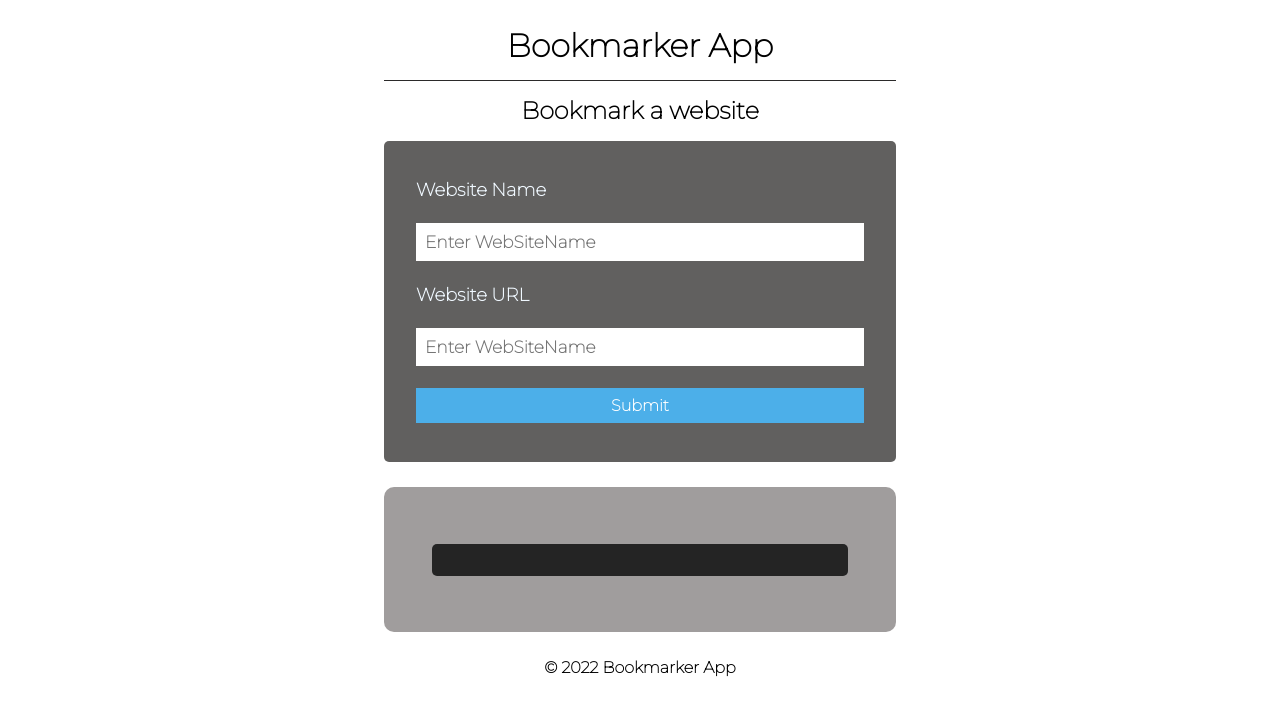
Repository: Suporl9/BookMarkerApp
Page: index.html
An editor plug-in stored every save of this project. The page is shown before and after the next save, followed by the edit.
The browser window is 1280 px wide. The pictures show the whole page.

Above is the page before, as saved 2021-11-23 21:58:29.
Console error: TypeError: Cannot set properties of null (setting 'innerHTML')

### index.html
<!DOCTYPE html>
<html lang="en">
  <head>
    <meta charset="UTF-8" />
    <meta http-equiv="X-UA-Compatible" content="IE=edge" />
    <meta name="viewport" content="width=device-width, initial-scale=1.0" />
    <link rel="stylesheet" href="./style.css" />
    <title>Document</title>
  </head>
  <body onload="fetchBookMarkData()">
    <div class="container">
      <div class="innerContainer">
        <div class="ininContainer">
          <div class="bookmarkerSection"><h1>Bookmarker App</h1></div>
          <!-- <h1>Bookmarker App</h1> -->
          <div class="vh"></div>
          <div class="formInput">
            <form class="formSec">
              <h2 class="h2class">Bookmark a website</h2>
              <div class="sitesec">
                <label class="labc" name="siteName">Website Name</label>
                <input
                  type="text"
                  name="sitename"
                  id="sitenameid"
                  placeholder="Enter WebSiteName"
                  class="inpClass"
                />
                <label class="labc" name="siteName">Website URL</label>
                <input
                  type="text"
                  name="sitename"
                  id="urlid"
                  class="inpClass"
                  placeholder="Enter WebSiteName"
                />
                <button class="submBtn">Submit</button>
              </div>
            </form>
          </div>
          <div class="toBeAdded">
            <div class="nonesensediv"></div>
          </div>
          <footer class="footer">
            <p>&copy; 2022 Bookmarker App</p>
          </footer>
        </div>
      </div>
    </div>
    <script src="main.js"></script>
  </body>
</html>

### style.css
@import url("https://fonts.googleapis.com/css2?family=Montserrat:wght@100&display=swap");

:root {
  --main-bg-color: rgb(255, 255, 255);
  --main-grey: rgb(97, 96, 95);
}
* {
  font-family: "Montserrat", sans-serif;
  box-sizing: border-box; /* includes padding in height and width(the box outside doesnot get bigger when adding padding and stuff)*/
  margin: 0;
  padding: 0;
  font-weight: bold;
  border: none;
}
body {
  width: 80%;
  margin: auto;
}
.container {
  font-family: "Montserrat", sans-serif;

  display: flex;
  justify-content: center;
}
.innerContainer {
  /* display: flex;
  flex-direction: column; */
  width: 50%;
  margin: auto;
  /* justify-content: center;
  align-self: center; */
}
.ininContainer {
  display: flex;
  flex-direction: column;
  margin-top: 5%;
  /* align-content: center; */
  /* justify-content: center; */
}
.bookmarkerSection {
  display: flex;
  justify-content: center;
}
.vh {
  border-bottom: 1px solid rgb(43, 42, 42);
  margin-top: 3%;
}
/* .formInput {
  display: flex;
  flex-direction: column;
  justify-content: center;
} */
.h2class {
  align-self: center;
  margin-bottom: 3%;
}
.formSec {
  display: flex;
  flex-direction: column;
  margin-top: 3%;
  /* justify-content: end; */
  /* width: 0%; */
  /* align-content: center; */
}
.sitesec {
  display: flex;
  flex-direction: column;
  background-color: var(--main-grey);
  padding: 1rem 2rem;
  /* padding-bottom: 2rem; */
  border-radius: 5px;
  color: aliceblue;
}
.submBtn {
  margin-top: 5%;
  margin-bottom: 5%;
  padding: 0.5rem;
  color: rgb(255, 255, 255);
  /* font-size: 14px; */
  font-size: 16px;
  font-weight: 900;
  background-color: rgb(76, 175, 233);
}
.inpClass {
  margin-top: 5%;
  padding: 2%;
  outline: none;
  font-size: 17px;
}
.labc {
  margin-top: 5%;
  font-size: 18px;
}
.footer {
  margin-top: 5%;
  align-self: center;
}
/* .formSec,
.sitesec {
  display: flex;
  flex-direction: column;
} */
/* .sitesec {
  display: flex;
  flex-direction: column;
}
 */
.toBeAdded {
  background-color: rgb(160, 157, 157);
  border-radius: 10px;
  padding: 3rem;
  margin-top: 5%;
}
.nonesensediv {
  background-color: rgb(36, 36, 36);
  margin: 2% 0;
  border-radius: 5px;
  padding: 1rem;
  color: aliceblue;
  display: flex;
  flex-direction: column;
  /* justify-content: center; */
  align-items: center;
}
.pip {
  margin-bottom: 5%;
}

### main.js
//// @ts-check

let button = document.querySelector(".formSec");
button.addEventListener("submit", eventFunctionSubmit);
let sitename = document.getElementById("sitenameid");
let url = document.getElementById("urlid");

let hello = localStorage.getItem("data");
let retrivedData = JSON.parse(hello);
console.log("retrieved", retrivedData);

let arrayForData = [];
if (hello != null) {
  retrivedData.forEach((element) => {
    arrayForData.push(element);
  });
} else {
  arrayForData = [];
}

console.log("arrayfordata", arrayForData);

function eventFunctionSubmit(e) {
  e.preventDefault();

  console.log("it works?");
  let site = { sitenamekey: sitename.value, urlkey: url.value };
  arrayForData.push(site);

  localStorage.setItem("data", JSON.stringify(arrayForData));
}

console.log("hello", JSON.parse(hello));

// let toBeRenderedArrayList = [];
// let listt = document.getElementById("ullist");

// arrayForData.forEach((arr) => {
//   toBeRenderedArrayList.push(
//     "<div class=nonesensediv>" +
//       "<p class=pip>" +
//       arr.sitenamekey +
//       "</p>" +
//       "<h4>" +
//       arr.urlkey +
//       "</h4>" +
//       "</div>"
//   );
// });
// listt.innerHTML = toBeRenderedArrayList.join(" ");
function fetchBookMarkData() {
  let fetchedBookmarks = JSON.parse(localStorage.getItem("data"));
  let nonesensediv = document.getElementById("nonesensediv");

  nonesensediv.innerHTML = "hello";
}

After the next save:
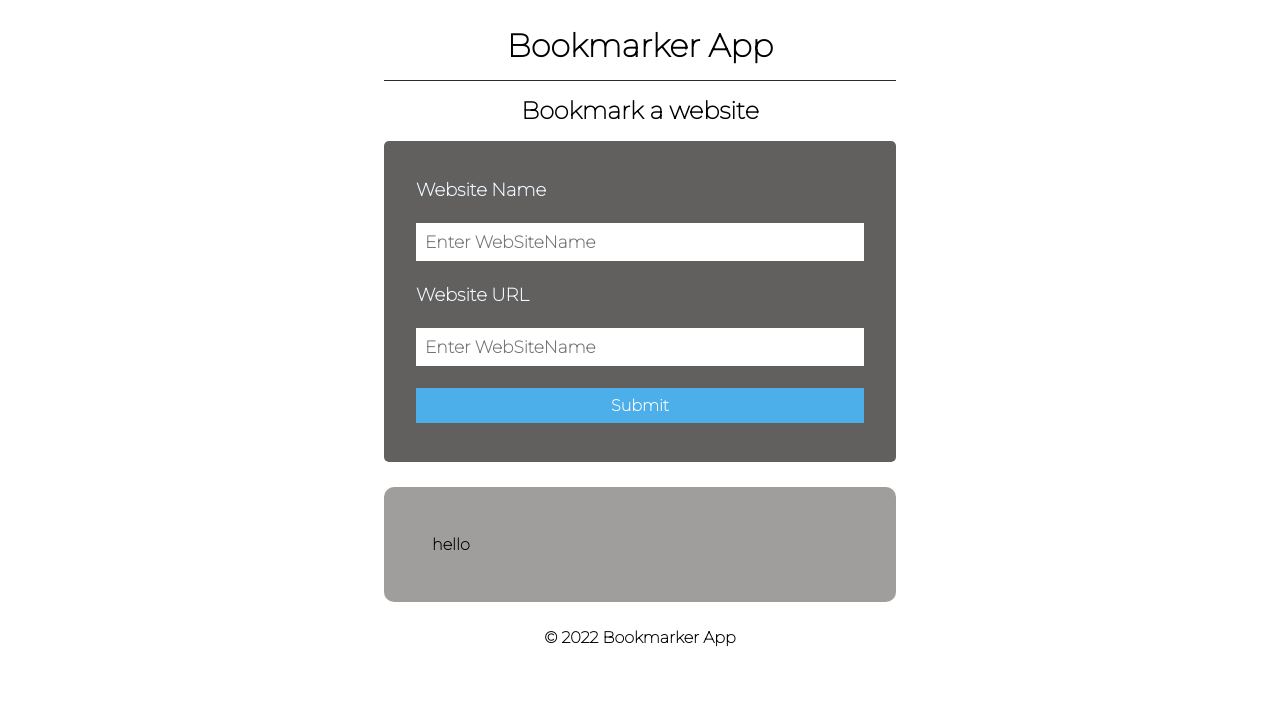
The error is gone.
Saved 74 s later.
--- a/index.html
+++ b/index.html
@@ -39,7 +39,7 @@
             </form>
           </div>
           <div class="toBeAdded">
-            <div class="nonesensediv"></div>
+            <div id="nonesensediv">booya</div>
           </div>
           <footer class="footer">
             <p>&copy; 2022 Bookmarker App</p>
